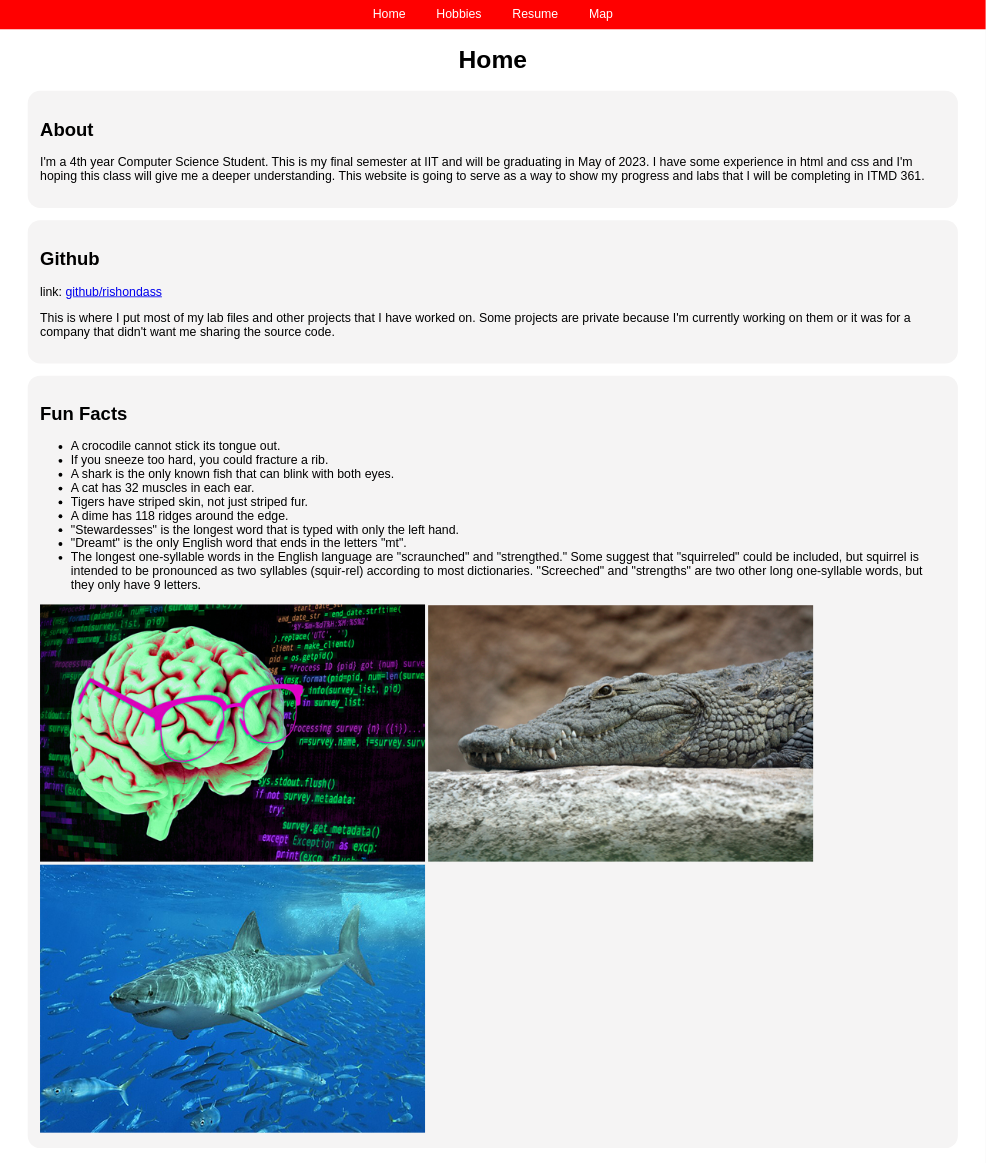
Repository: rishondass/ITMD361-Project3
Page: index.html
An editor plug-in stored every save of this project. The page is shown before and after a run of saves, followed by the edit.
The browser window is 1280 px wide. The pictures show the whole page, at 77% of full size.

Above is the page before, as saved 2023-04-28 17:59:01.

After the next 2 saves:
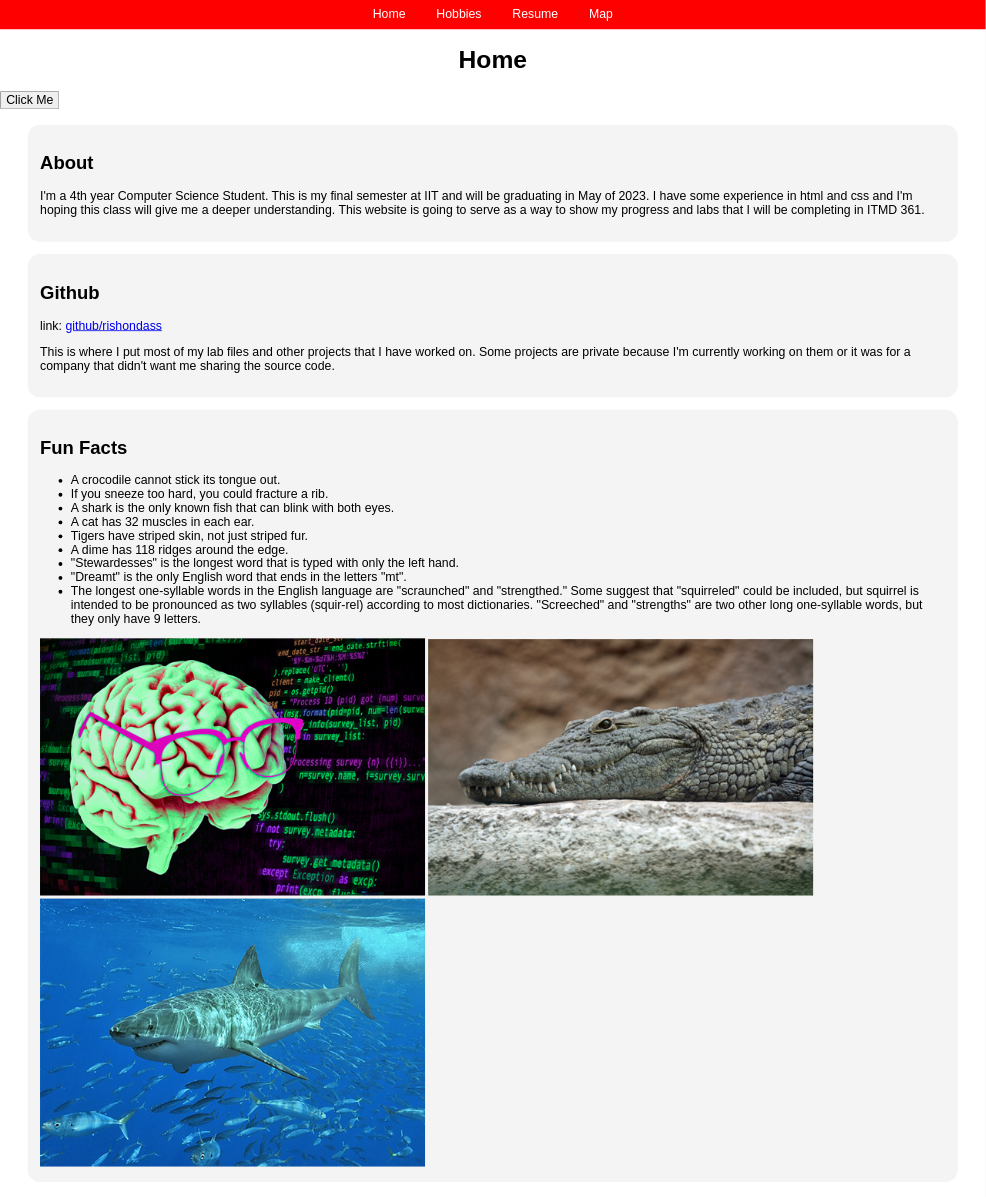
The 2 saves are shown as one change because they came seconds apart.
The last was saved 79 s later.
--- a/index.html
+++ b/index.html
@@ -28,6 +28,7 @@
     <h1 id="title">
       Home
     </h1>
+    <button>Click Me</button>
   </div>
   <div id="main-container">
     <div id="about-section">
